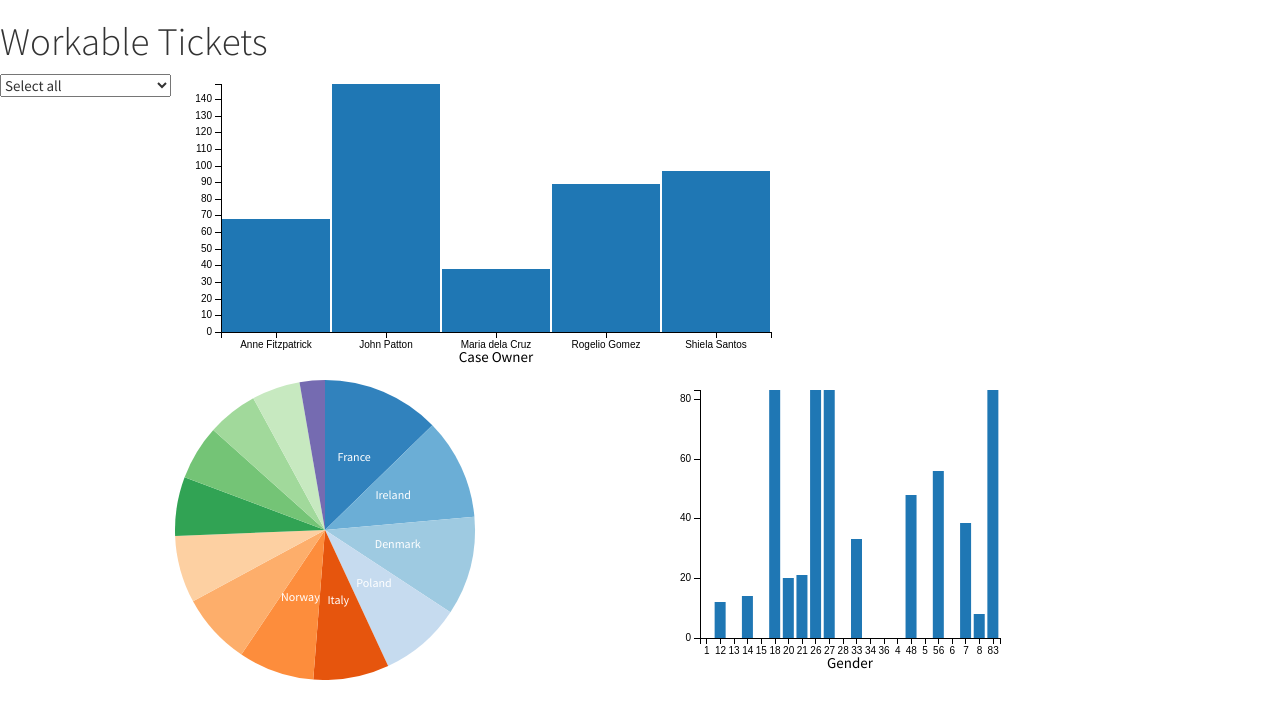
Repository: RChanco/Workable-Tickets-Dashboard
Page: index.html
The author's editor kept a record of every edit. The page is drawn from the files as they stood at one moment, then again after the next edit.
The browser window is 1280 px wide. The pictures show the whole page.

Above is the page before.

### index.html
<!DOCTYPE html>
<html lang="en">
<head>
    <meta charset="UTF-8">
    <meta name="viewport" content="width=device-width, initial-scale=1.0">
    <meta http-equiv="X-UA-Compatible" content="ie=edge">
    <title>Workable Tickets Dashboard</title>

    <link rel="stylesheet" href="static/css/bootstrap.min.css" type="text/css" />
    <link rel="stylesheet" href="static/css/dc.min.css" type="text/css" />

    <script type="text/javascript" src="static/js/d3.min.js"></script>
    <script type="text/javascript" src="static/js/crossfilter.min.js"></script>
    <script type="text/javascript" src="static/js/dc.min.js"></script>
    <script type="text/javascript" src="static/js/queue.min.js"></script>
    <script type="text/javascript" src="static/js/graph.js"></script>

</head>
<body>
    <h1>Workable Tickets</h1>


    <div id="status-selector"></div>

    <div id="case-owner"></div>

    <div id="case-country"></div>

    <div id="average-days-old"></div>

</body>
</html>

### static/js/graph.js
queue()
    .defer(d3.csv,"data/Open_Tickets.csv")
     .await(makeGraphs);

function makeGraphs(error, ticketsData) {
    var ndx = crossfilter(ticketsData);

    show_status_selector(ndx);
    show_case_owner(ndx);

    show_case_country(ndx);
    show_case_days_old(ndx);

    dc.renderAll();

}

function show_status_selector(ndx) {
    var dim = ndx.dimension(dc.pluck('Status'));
    var group = dim.group();

    dc.selectMenu("#status-selector")
        .dimension(dim)
        .group(group);
}
function show_case_owner(ndx) {
    var dim = ndx.dimension(dc.pluck('CaseOwner'));
    var group = dim.group();

    dc.barChart("#case-owner")
        .width(650)
        .height(300)
        .margins({top: 10, right: 50, bottom: 30, left: 50})
        .dimension(dim)
        .group(group)
        .transitionDuration(500)
        .x(d3.scale.ordinal())
        .xUnits(dc.units.ordinal)
        .xAxisLabel("Case Owner")
        .yAxis().ticks(20);
}

function show_case_days_old(ndx) {
    var dim = ndx.dimension(dc.pluck('DaysOld'));

    function add_item(p, v) {
        p.count++;
        p.total += v.DaysOld;
        p.average = p.total / p.count;
        return p;
    }

    function remove_item(p, v) {
        p.count--;
        if(p.count == 0) {
            p.total = 0;
            p.average = 0;
        } else {
            p.total -= v.DaysOld;
            p.average = p.total / p.count;
        }
        return p;
    }

    function initialise() {
        return {count: 0, total: 0, average: 0};
    }

    var averageDaysOld = dim.group().reduce(add_item, remove_item, initialise);

    dc.barChart("#average-days-old")
	        .width(400)
	        .height(300)
	        .margins({top: 10, right: 50, bottom: 30, left: 50})
	        .dimension(dim)
	        .group(averageDaysOld)
	        .valueAccessor(function(d){
	            return d.value.average.toFixed(2);
	        })
	        .transitionDuration(500)
	        .x(d3.scale.ordinal())
	        .xUnits(dc.units.ordinal)
	        .elasticY(true)
	        .xAxisLabel("Gender")
	        .yAxis().ticks(4);

}

function show_case_country(ndx) {
    var dim = ndx.dimension(dc.pluck('CaseCountry'));
    var group = dim.group();

    dc.pieChart("#case-country")
        .width(650)
        .height(300)
/*        .margins({top: 10, right: 50, bottom: 30, left: 50})  */
        .dimension(dim)
        .group(group)
        .transitionDuration(500)
/*        .x(d3.scale.ordinal())
        .xUnits(dc.units.ordinal)
        .xAxisLabel("Case Country")
        .yAxis().ticks(20); */
}

Loaded but not shown: static/css/bootstrap.min.css (library); static/css/dc.min.css (library); static/js/d3.min.js (library); static/js/crossfilter.min.js (library); static/js/dc.min.js (library); static/js/queue.min.js (common file)

After the next edit:
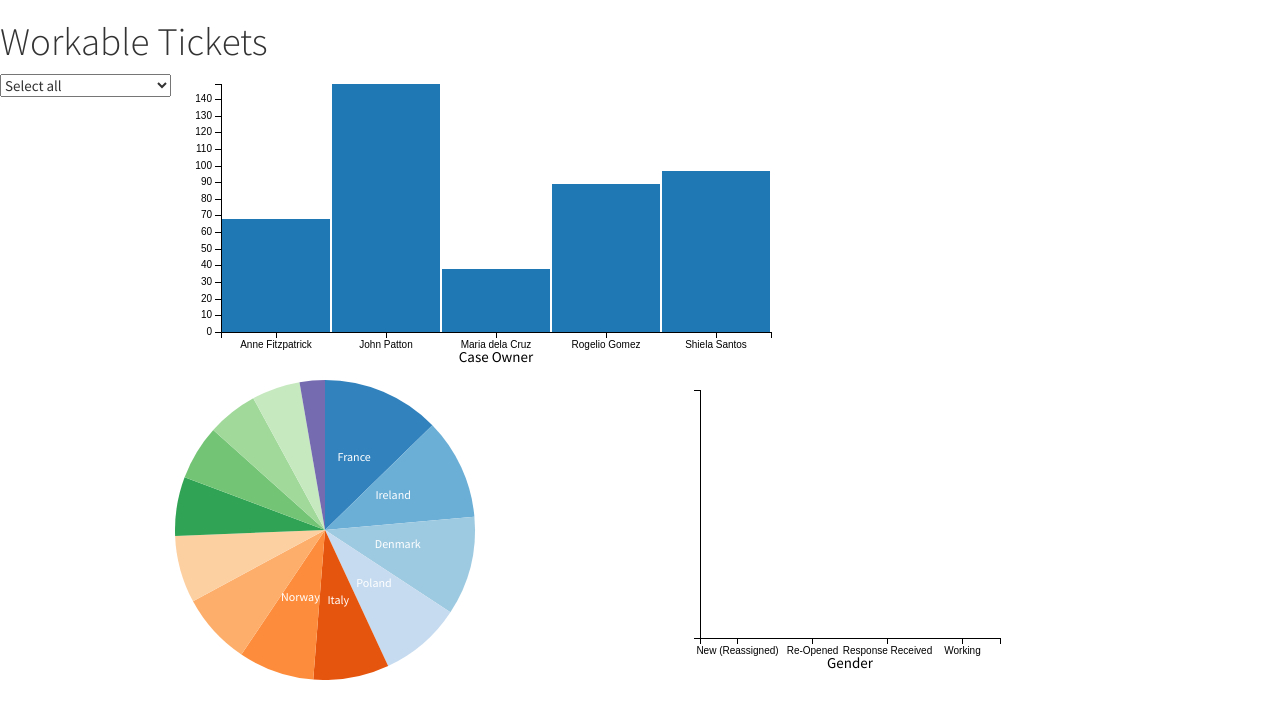
The edit:
--- a/static/js/graph.js
+++ b/static/js/graph.js
@@ -41,7 +41,7 @@
 }
 
 function show_case_days_old(ndx) {
-    var dim = ndx.dimension(dc.pluck('DaysOld'));
+    var dim = ndx.dimension(dc.pluck('Status'));
 
     function add_item(p, v) {
         p.count++;
